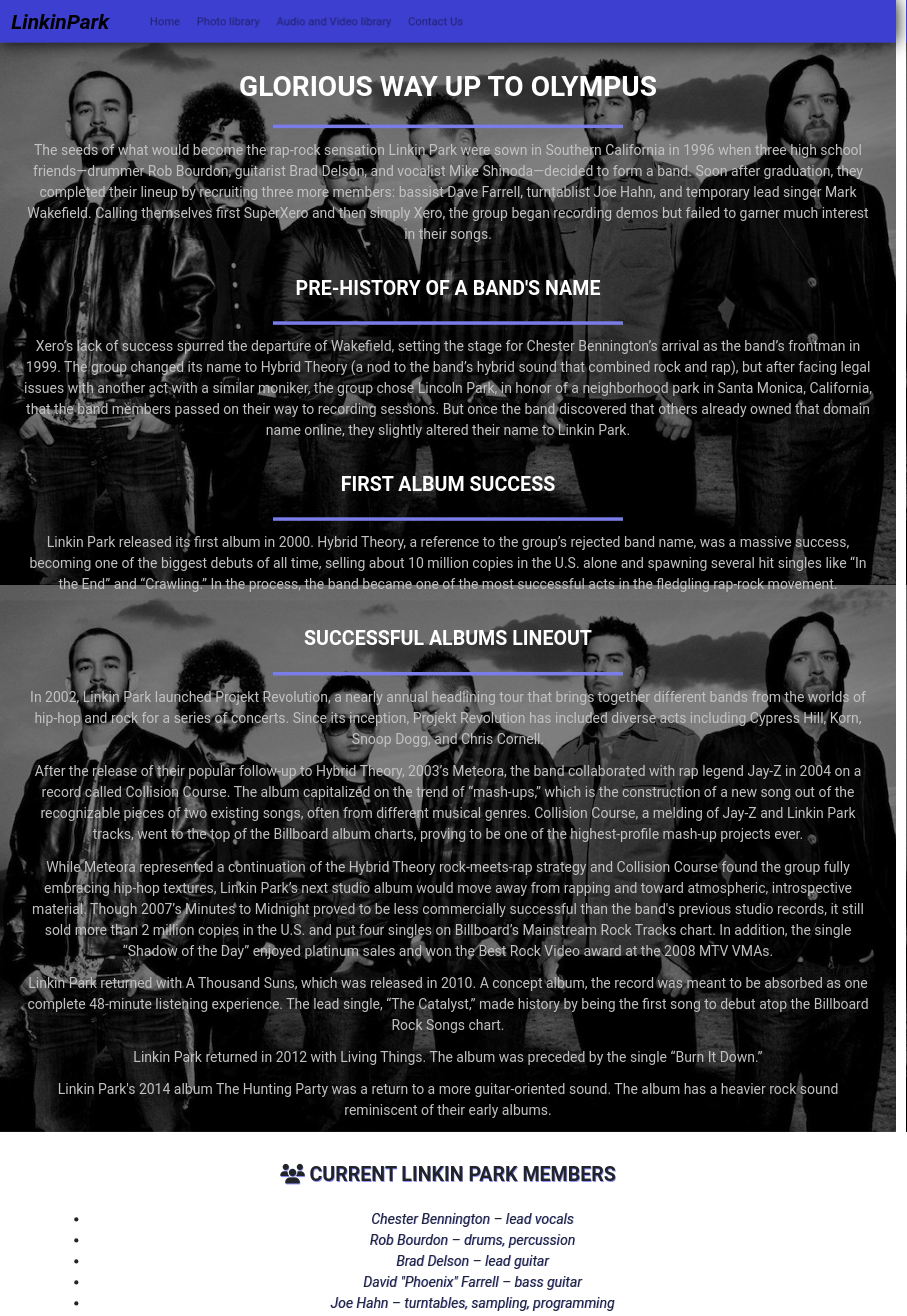
Repository: vaida898/website
Page: index.html
The author's editor kept a record of every edit. The page is drawn from the files as they stood at one moment, then again after the next edit.
The browser window is 1280 px wide. The page is 1295 px wide, so the pictures cover 1295 px, including what lies to the right of the window. The pictures show the part of the page from y = 0 to 1880 px (the page is 2674 px tall before and 2834 px after), at 70% of full size.
Backgrounds fixed to the window are drawn as part of the page. Some web libraries are served in a nearby version.

Above is the page before.
Console error: TypeError: Cannot read properties of undefined (reading 'fn')

### index.html
<!DOCTYPE html>
<html lang="en">

<head>
    <meta charset="UTF-8">
    <meta name="viewport" content="width=device-width, initial-scale=1.0">
    <meta http-equiv="X-UA-Compatible" content="ie=edge">
    <title>LinkinPark website</title>

    <link rel="stylesheet" href="https://stackpath.bootstrapcdn.com/bootstrap/4.3.1/css/bootstrap.min.css" integrity="sha384-ggOyR0iXCbMQv3Xipma34MD+dH/1fQ784/j6cY/iJTQUOhcWr7x9JvoRxT2MZw1T" crossorigin="anonymous">
    <script src="https://kit.fontawesome.com/642fee131a.js" crossorigin="anonymous"></script>
    <script src="https://stackpath.bootstrapcdn.com/bootstrap/4.3.1/js/bootstrap.min.js" integrity="sha384-JjSmVgyd0p3pXB1rRibZUAYoIIy6OrQ6VrjIEaFf/nJGzIxFDsf4x0xIM+B07jRM" crossorigin="anonymous"></script>
    <link rel="stylesheet" href="https://cdnjs.cloudflare.com/ajax/libs/hover.css/2.3.1/css/hover-min.css" type="text/css" />
    <!-- Google font "Ubuntu" -->

    <link href="https://fonts.googleapis.com/css?family=Ubuntu:300,400,500,600,700&display=swap" rel="stylesheet">
    <link rel="stylesheet" href="css/style.css" type="text/css" />

</head>

<body>

    <!-- Navigation bar -->

    <header>
        <div class="container-fluid navalert-container">
            <nav class="navbar navbar-light navbar-expand-sm" style="background-color: #3D3FD1">
                <a target="_blank" href="index.html">
                    <i class="brand">LinkinPark</i>
                </a>
                <button class="navbar-toggler ml-auto" type="button" data-toggle="collapse" data-target="#navbarNavDropdown" aria-controls="navbarNavDropdown" aria-expanded="false" aria-label="Toggle navigation">
        <span class="navbar-toggler-icon"></span></button>

                <div id="navbarNavDropdown" class="collapse navbar-collapse">
                    <ul class="navbar-nav mr-auto">
                        <li class="nav-item mr-2 hvr-glow"><a class="nav-link" href="/">Home</a></li>
                        <li class="nav-item mr-2 hvr-glow"><a class="nav-link" href="/Photo library">Photo library</a></li>
                        <li class="nav-item mr-2 hvr-glow"><a class="nav-link" href="/Audio and Video library">Audio and Video library</a></li>
                        <li class="nav-item mr-2 hvr-glow"><a class="nav-link" href="/Contact Us">Contact Us</a></li>
                    </ul>
                </div>
            </nav>
        </div>
    </header>

    <!-- Band's history section -->

    <div class="container-fluid history-container">
        <div class="opaque-overlay">&nbsp;</div>
        <section class="about us">
            <div class="row no-gutters">
                <div class="col-sm-12 col-lg-12 page-header">
                    <h1 class="text-uppercase jumbotron-header page-header offset-1 offset-sm-0">Glorious way up to olympus</h1>
                    <hr class="block-divider">
                </div>
            </div>
            <div class="row no-gutters ">
                <div class="col-12 offset-1 offset-sm-0">
                    <p class="jumbotron-text">The seeds of what would become the rap-rock sensation Linkin Park were sown in Southern California in 1996 when three high school friends—drummer Rob Bourdon, guitarist Brad Delson, and vocalist Mike Shinoda—decided to form a band.
                        Soon after graduation, they completed their lineup by recruiting three more members: bassist Dave Farrell, turntablist Joe Hahn, and temporary lead singer Mark Wakefield. Calling themselves first SuperXero and then simply Xero,
                        the group began recording demos but failed to garner much interest in their songs.</p>
                </div>
            </div>


            <div class="row no-gutters">
                <div class="col-12 offset-1 offset-sm-0">
                    <h3 class="text-uppercase jumbotron-paragraph page-header offset-1 offset-sm-0">Pre-history of a band's name</h3>
                    <hr class="block-divider">
                    <p class="jumbotron-text">Xero’s lack of success spurred the departure of Wakefield, setting the stage for Chester Bennington’s arrival as the band’s frontman in 1999. The group changed its name to Hybrid Theory (a nod to the band’s hybrid sound that combined
                        rock and rap), but after facing legal issues with another act with a similar moniker, the group chose Lincoln Park, in honor of a neighborhood park in Santa Monica, California, that the band members passed on their way to recording
                        sessions. But once the band discovered that others already owned that domain name online, they slightly altered their name to Linkin Park.</p>
                </div>
            </div>

            <div class="row no-gutters">
                <div class="col-12 offset-1 offset-sm-0">
                    <h3 class="text-uppercase jumbotron-paragraph page-header offset-1 offset-sm-0">First Album success</h3>
                    <hr class="block-divider">
                    <p class="jumbotron-text">Linkin Park released its first album in 2000. Hybrid Theory, a reference to the group’s rejected band name, was a massive success, becoming one of the biggest debuts of all time, selling about 10 million copies in the U.S. alone and
                        spawning several hit singles like “In the End” and “Crawling.” In the process, the band became one of the most successful acts in the fledgling rap-rock movement.</p>
                </div>
            </div>

            <div class="row no-gutters">
                <div class="col-12 offset-1 offset-sm-0">
                    <h3 class="text-uppercase jumbotron-paragraph page-header offset-1 offset-sm-0">Successful albums lineout</h3>
                    <hr class="block-divider">
                    <p class="jumbotron-text">In 2002, Linkin Park launched Projekt Revolution, a nearly annual headlining tour that brings together different bands from the worlds of hip-hop and rock for a series of concerts. Since its inception, Projekt Revolution has included
                        diverse acts including Cypress Hill, Korn, Snoop Dogg, and Chris Cornell.</p>

                    <p class="jumbotron-text">After the release of their popular follow-up to Hybrid Theory, 2003’s Meteora, the band collaborated with rap legend Jay-Z in 2004 on a record called Collision Course. The album capitalized on the trend of “mash-ups,” which is the
                        construction of a new song out of the recognizable pieces of two existing songs, often from different musical genres. Collision Course, a melding of Jay-Z and Linkin Park tracks, went to the top of the Billboard album charts, proving
                        to be one of the highest-profile mash-up projects ever.</p>

                    <p class="jumbotron-text">While Meteora represented a continuation of the Hybrid Theory rock-meets-rap strategy and Collision Course found the group fully embracing hip-hop textures, Linkin Park’s next studio album would move away from rapping and toward atmospheric,
                        introspective material. Though 2007’s Minutes to Midnight proved to be less commercially successful than the band's previous studio records, it still sold more than 2 million copies in the U.S. and put four singles on Billboard’s
                        Mainstream Rock Tracks chart. In addition, the single “Shadow of the Day” enjoyed platinum sales and won the Best Rock Video award at the 2008 MTV VMAs.</p>

                    <p class="jumbotron-text">Linkin Park returned with A Thousand Suns, which was released in 2010. A concept album, the record was meant to be absorbed as one complete 48-minute listening experience. The lead single, “The Catalyst,” made history by being the
                        first song to debut atop the Billboard Rock Songs chart.</p>

                    <p class="jumbotron-text">Linkin Park returned in 2012 with Living Things. The album was preceded by the single “Burn It Down.”</p>

                    <p class="jumbotron-text">Linkin Park's 2014 album The Hunting Party was a return to a more guitar-oriented sound. The album has a heavier rock sound reminiscent of their early albums.</p>
                </div>
            </div>
        </section>
    </div>
    </div>
    </div>


    <!-- Members -->

    <div class="container-wrapper">
        <div class="container members-container">
            <section class="band-members text-center">
                <div class="row">
                    <div class="col-12 my-4">
                        <h3 class="text-uppercase members-header"><i class="fas fa-users d-none d-sm-inline"></i> Current Linkin Park members</h3>
                    </div>
                </div>
                <div class="row">
                    <div class="col-12">
                        <ul class="members-list">
                            <li class="members-list-item">Chester Bennington – lead vocals</li>
                            <li class="members-list-item">Rob Bourdon – drums, percussion</li>
                            <li class="members-list-item">Brad Delson – lead guitar</li>
                            <li class="members-list-item">David "Phoenix" Farrell – bass guitar</li>
                            <li class="members-list-item">Joe Hahn – turntables, sampling, programming</li>
                            <li class="members-list-item">Mike Shinoda – vocals, rapping, keyboards, rhythm guitar</li>
                        </ul>
                    </div>
                </div>
            </section>
        </div>
    </div>

    <!--Discography -->

    <div class="container-wrapper container-wrapper--blue">
        <div class="container discography-container">
            <section class="band-discography text-center">
                <div class="row">
                    <div class="col-12 col-md-12 my-4">
                        <h3 class="text-uppercase discs-header"><i class="fas fa-compact-disc d-none d-sm-inline"></i> Linkin Park discography</h3>
                    </div>
                </div>
                <div class="row">
                    <div class="col-12 col-md-12">
                        <ul class="disks-list">
                            <li class="disks-list-item">CHybrid Theory (2000)</li>
                            <li class="disks-list-item">Reanimation (remix album) (2002)</li>
                            <li class="disks-list-item">Meteora (2003)</li>
                            <li class="disks-list-item">Collision Course (with Jay-Z) (2004)</li>
                            <li class="disks-list-item">Minutes to Midnight (2007)</li>
                            <li class="disks-list-item">A Thousand Suns (2010)</li>
                            <li class="disks-list-item">Living Things (2012)</li>
                            <li class="disks-list-item">The Hunting Party (2014)</li>
                        </ul>
                    </div>
                </div>
            </section>
        </div>
    </div>


    <!--Footer-->


    <footer id="footer">
        <div class="main-footer text-center">
            <div class="row">
                <div class="col-md-4">
                    <a class="footer-logo" href="#"><img src="./images/linkinpark.jpg" alt="logo"></img></a>
                </div>
                <div class="col-md-4">
                    <h5 class="quick-links">Quick Links<span></span></h5>
                    <ul class="menu-link">
                        <li>
                            <div class="menu-link-item"><a href="#.">Home Page</a></div>
                        </li>
                        <li>
                            <div class="menu-link-item"><a href="#.">Photo Library</a></div>
                        </li>
                        <li>
                            <div class="menu-link-item"><a href="#.">Audio and Video Library</a></div>
                        </li>
                    </ul>
                </div>
            </div>
        </div>
        <div class="col-md-4">
            <h5 class="contact">Contact Us<span></span></h5>
            <ul class="social-links">
                <li class="list-inline-item">
                    <a target="_blank" href="#">
                                <i class="fab fa-facebook-square" aria-hidden="true">
                                     <span class="sr-only">Facebook</span>
                                </i>
                        </a>
                </li>
                <li class="list-inline-item">
                    <a target="_blank" href="#">
                            <i class="fab fa-twitter-square" aria-hidden="true">
                                <span class="sr-only">Twitter</span>
                            </i>
                        </a>
                </li>
                <li class="list-inline-item">
                    <a target="_blank" href="#">
                            <i class="fab fa-instagram" aria-hidden="true">
                                <span class="sr-only">Instagram</span>
                            </i>
                        </a>
                </li>
                <li class="list-inline-item">
                    <a target="_blank" href="#">
                            <i class="fab fa-youtube" aria-hidden="true">
                                <span class="sr-only">Youtube</span>
                            </i>
                        </a>
                </li>
            </ul>
        </div>
        </div>
        </div>
    </footer>

    <!-- <footer class="container-fluid">
        <div id="footer-details" class="row">
            <div class="col-sm-4">
                <h5 class="sub-style">Logo</h5>
            </div>
            <div class="col-sm-4">
                <h5 class="sub-style">Social</h5>
                <ul class="list-inline social-links">
                    <li class="list-inline-item">
                        <a target="_blank" href="#">
                                <i class="fab fa-facebook-square" aria-hidden="true">
                                     <span class="sr-only">Facebook</span>
                                </i>
                        </a>
                    </li>
                    <li class="list-inline-item">
                        <a target="_blank" href="#">
                            <i class="fab fa-twitter-square" aria-hidden="true">
                                <span class="sr-only">Twitter</span>
                            </i>
                        </a>
                    </li>
                    <li class="list-inline-item">
                        <a target="_blank" href="#">
                            <i class="fab fa-instagram" aria-hidden="true">
                                <span class="sr-only">Instagram</span>
                            </i>
                        </a>
                    </li>
                    <li class="list-inline-item">
                        <a target="_blank" href="#">
                            <i class="fab fa-youtube" aria-hidden="true">
                                <span class="sr-only">Youtube</span>
                            </i>
                        </a>
                    </li>
                </ul>
            </div>
            <div class="col-sm-4">
                <h5 class="sub-style">Contact Us</h5>
            </div>
        </div>
    </footer> -->

    <script src="https://code.jquery.com/jquery-3.3.1.slim.min.js" integrity="sha384-q8i/X+965DzO0rT7abK41JStQIAqVgRVzpbzo5smXKp4YfRvH+8abtTE1Pi6jizo" crossorigin="anonymous"></script>
    <script src="https://cdnjs.cloudflare.com/ajax/libs/popper.js/1.14.7/umd/popper.min.js" integrity="sha384-UO2eT0CpHqdSJQ6hJty5KVphtPhzWj9WO1clHTMGa3JDZwrnQq4sF86dIHNDz0W1" crossorigin="anonymous"></script>
    <script src="https://stackpath.bootstrapcdn.com/bootstrap/4.3.1/js/bootstrap.min.js" integrity="sha384-JjSmVgyd0p3pXB1rRibZUAYoIIy6OrQ6VrjIEaFf/nJGzIxFDsf4x0xIM+B07jRM" crossorigin="anonymous"></script>

</body>

</html>

### css/style.css
body {
    font-family: 'Ubuntu', sans-serif;
    font-family: 'Roboto', sans-serif;
}

/* Navbar -----------------------------------*/

.navalert-container {
    position: fixed;
    top: 0;
    left: 0;
    padding-left: 0;
    padding-right: 0;
    z-index: 1;
}

.navbar {
    margin-bottom: 0;
    border: 0;
    width: 100%;
    background-color: rgba(0, 0, 0, 0.25);
    box-shadow: 0 0 25px 0 black;
}

.brand {
    font-weight: bold;
    text-decoration: none;
    color: black;
    font-size: 30px;
    padding-right: 50px;
}

.navbar-inner {
    background: transparent;
}

/* Page header ----------------------*/

.page-header {
    margin-top: 30px;
    margin-bottom: 0;
    border-bottom: 0;
    text-align: center;
}



/* Band's history ----------------------*/

.history-container {
    background: url(../images/background.jpg) no-repeat center center fixed;
    background-size: cover;
    -webkit-background-size: cover;
    -moz-background-size: cover;
    -o-background-size: cover;

    top: 40px;
    display: flex;
    align-items: center;
    justify-content: center;
    text-align: center;
    padding-left: 30px;
    padding-right: 30px;

    position: relative;
}

.opaque-overlay {
    position: absolute;
    width: 100%;
    height: 100%;
    top: 0;
    left: 0;
    background-color: rgba(0, 0, 0, 0.5);
}



/* Block-divider ---------------------------*/

.block-divider {
    width: 500px;
    height: 5px;
    border: 0;
    background-color: #7A7CE7;
}



/* Members container---------------------*/

.members-header {
    margin-top: 0;
    text-decoration: none;
    font-family: 'Roboto', sans-serif;
    font-weight: 600;
    text-shadow: 1px 1px #9193FF;
}

.members-container {
    padding-top: 60px;
    padding-bottom: 60px;
}

ul .members-list {
    text-align: left;
    list-style-position: inside;
    vertical-align: middle;
    list-style-type: disc;
}

.members-list {
    font-size: 20px;
    font-family: 'Roboto', sans-serif;
    font-weight: 400;
    font-style: italic;
    text-shadow: 1px 1px #9193FF;
}

.members-list li:before {
    content: "";
    margin-left: 30px;
}


/* Discogrpahy container -------------------*/

.container-wrapper--blue {
    background-color: #3D3FD1;
    color: black;
}

.discs-header {
    text-decoration: none;
    color: white;
    font-family: 'Roboto', sans-serif;
    font-weight: 600;
    text-shadow: 1px 1px #C5C5CC;
}


.discography-container {
    padding-top: 30px;
    padding-bottom: 60px;
}

ul .discs-list {
    text-align: right;
    list-style-position: inside;
    vertical-align: middle;
    list-style-type: square;
}

.discs-list {
    font-size: 20px;
    color: white;
    font-family: 'Roboto', sans-serif;
    font-weight: 400;
    font-style: italic;
    text-shadow: 1px 1px #C5C5CC;
}

.discs-list li:before {
    content: "";
    margin-left: 30px;
}


/* Jumbotron -------------------------------*/

.jumbotron-header {
    color: white;
    font-weight: bold;
    margin-top: 30px;
    margin-bottom: 30px;
}

.jumbotron-paragraph {
    color: white;
    font-weight: bold;
    margin-top: 30px;
    margin-bottom: 30px;
}

.jumbotron-text {
    color: #C2C2C2;
    font-size: 20px;
}

/* Footer ------------------------------*/

#footer .main-footer {
    padding: 30px 0;
    background-color: black;
}

.footer-logo {
    width: 32px;
    height: 32px;
    margin-left: 20px;
    padding: 0;
    background-color: black;
}

.quick-links {
    font-family: "Ubuntu", sans-serif;
    font-weight: 500;
    min-height: 50px;
    color: #C2C2C2;
    margin-left: 30px;
}

ul.menu-link li {
    list-style-type: none !important;
}

.contact {
    font-family: "Ubuntu", sans-serif;
    font-weight: 500;
    min-height: 50px;
    color: #C2C2C2;
    margin-left: 30px;
}

.social-links li a i {
    margin: 3px;
    color: #C2C2C2;
    transition: all 0.35s ease-in-out;
    -moz-transition: all 0.35s ease-in-out;
    -webkit-transition: all 0.35s ease-in-out;
    -o-transition: all 0.35s ease-in-out;
}

.social-links li a i:hover {
    color: #3D3FD1;
}

#footer-details {
    padding: 20px;
}

After the next edit:
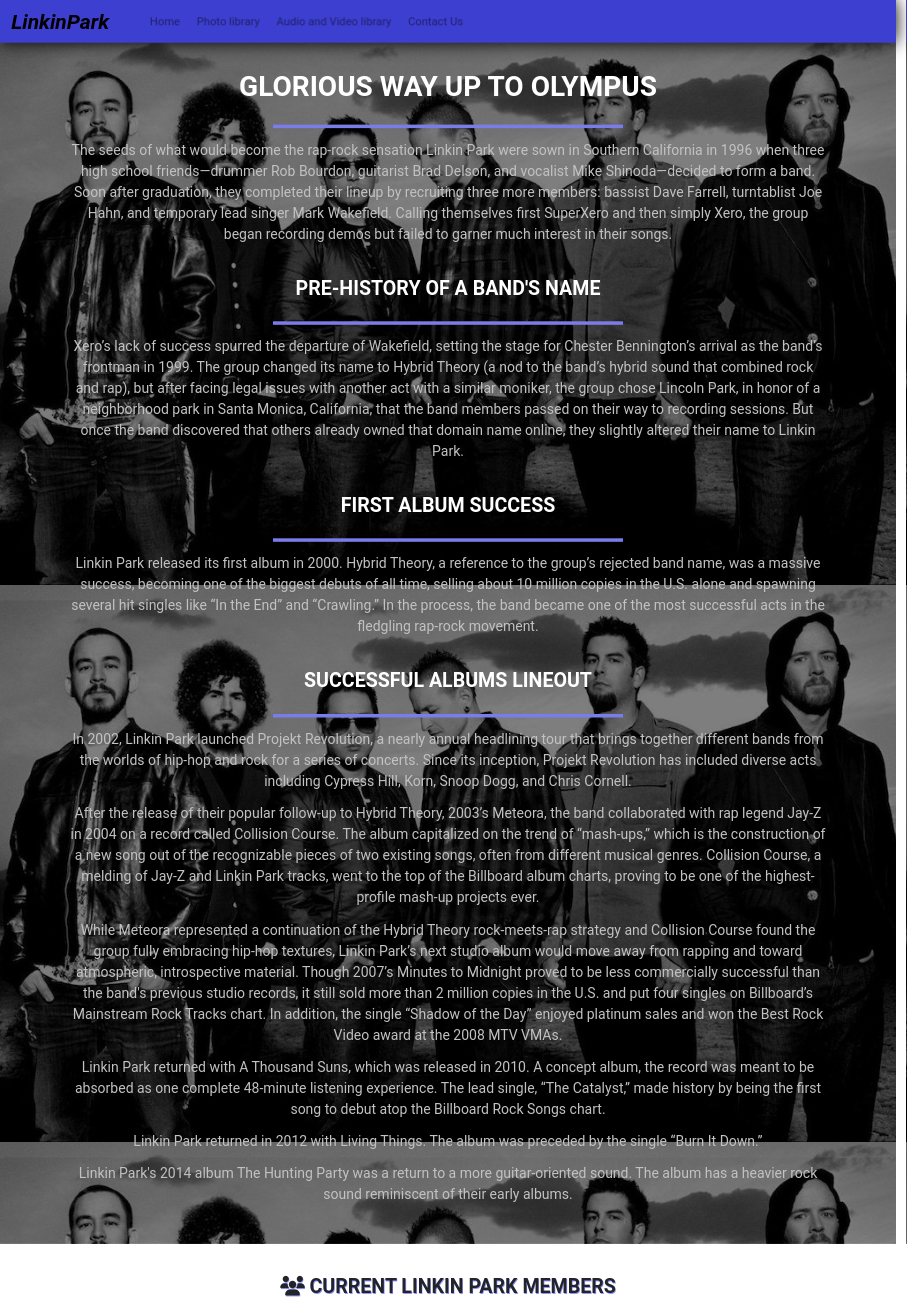
The edit:
--- a/css/style.css
+++ b/css/style.css
@@ -59,8 +59,9 @@
     align-items: center;
     justify-content: center;
     text-align: center;
-    padding-left: 30px;
-    padding-right: 30px;
+    padding-left: 100px;
+    padding-right: 100px;
+    padding-bottom: 40px;
 
     position: relative;
 }
